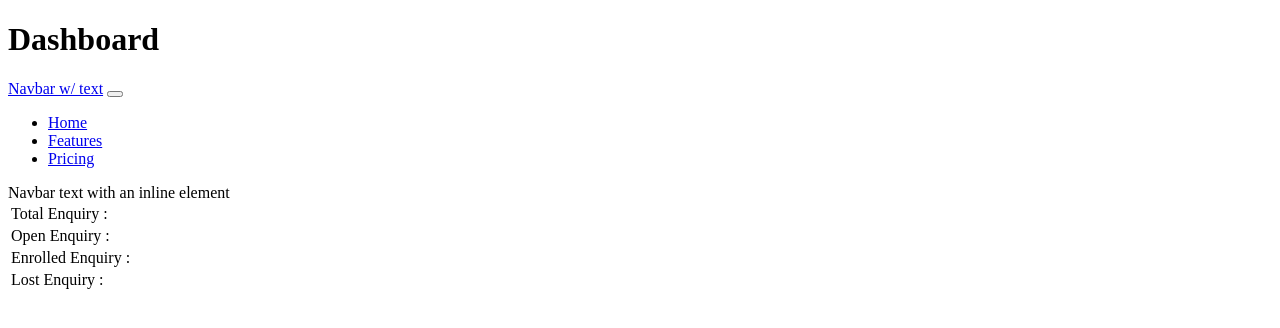
Repository: SitaSangita/Project
Page: http://localhost/dashboard
An editor plug-in stored every save of this project. The page is shown before and after the next save, followed by the edit.
The browser window is 1280 px wide. The pictures show the whole page.
The page is this project's Thymeleaf template; nobody is signed in. The template is opened directly, without the code that normally fills it, so the values that code supplies are empty.

Above is the page before, as saved 2025-01-02 12:46:13.

After the next save:
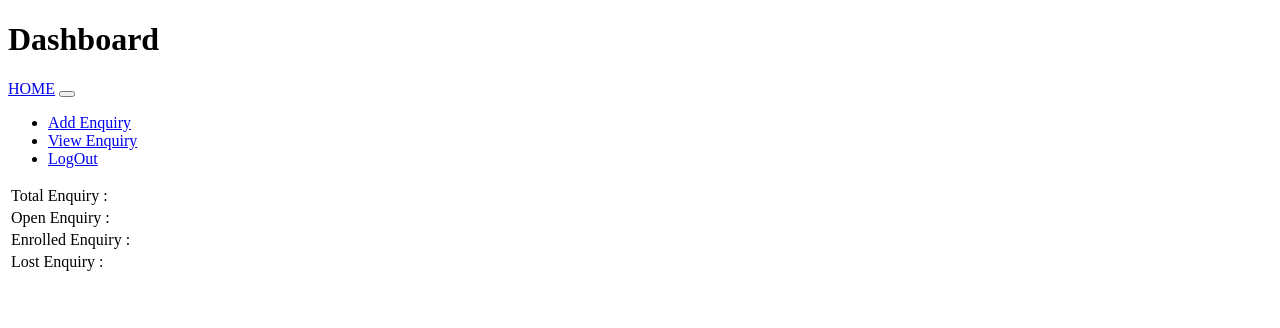
Saved 2 min 8 s later.
--- a/01_CounsellorProtal_MiniProject/src/main/resources/templates/dashboard.html
+++ b/01_CounsellorProtal_MiniProject/src/main/resources/templates/dashboard.html
@@ -12,28 +12,28 @@
 	<div class="container">
 		<h1>Dashboard</h1>
 		<nav class="navbar navbar-expand-lg bg-body-tertiary">
-		  <div class="container-fluid">
-		    <a class="navbar-brand" href="#">Navbar w/ text</a>
-		    <button class="navbar-toggler" type="button" data-bs-toggle="collapse" data-bs-target="#navbarText" aria-controls="navbarText" aria-expanded="false" aria-label="Toggle navigation">
-		      <span class="navbar-toggler-icon"></span>
-		    </button>
-		    <div class="collapse navbar-collapse" id="navbarText">
-		      <ul class="navbar-nav me-auto mb-2 mb-lg-0">
-		        <li class="nav-item">
-		          <a class="nav-link active" aria-current="page" href="#">Home</a>
-		        </li>
-		        <li class="nav-item">
-		          <a class="nav-link" href="#">Features</a>
-		        </li>
-		        <li class="nav-item">
-		          <a class="nav-link" href="#">Pricing</a>
-		        </li>
-		      </ul>
-		      <span class="navbar-text">
-		        Navbar text with an inline element
-		      </span>
-		    </div>
-		  </div>
+			<div class="container-fluid">
+				<a class="navbar-brand" href="#">HOME</a>
+				<button class="navbar-toggler" type="button" data-bs-toggle="collapse" data-bs-target="#navbarText"
+					aria-controls="navbarText" aria-expanded="false" aria-label="Toggle navigation">
+					<span class="navbar-toggler-icon"></span>
+				</button>
+				<div class="collapse navbar-collapse" id="navbarText">
+					<ul class="navbar-nav me-auto mb-2 mb-lg-0">
+
+						<li class="nav-item">
+							<a class="nav-link" href="#">Add Enquiry</a>
+						</li>
+						<li class="nav-item">
+							<a class="nav-link" href="#">View Enquiry</a>
+						</li>
+						<li class="nav-item">
+							<a class="nav-link" href="#">LogOut</a>
+						</li>
+					</ul>
+
+				</div>
+			</div>
 		</nav>
 
 		<table>
